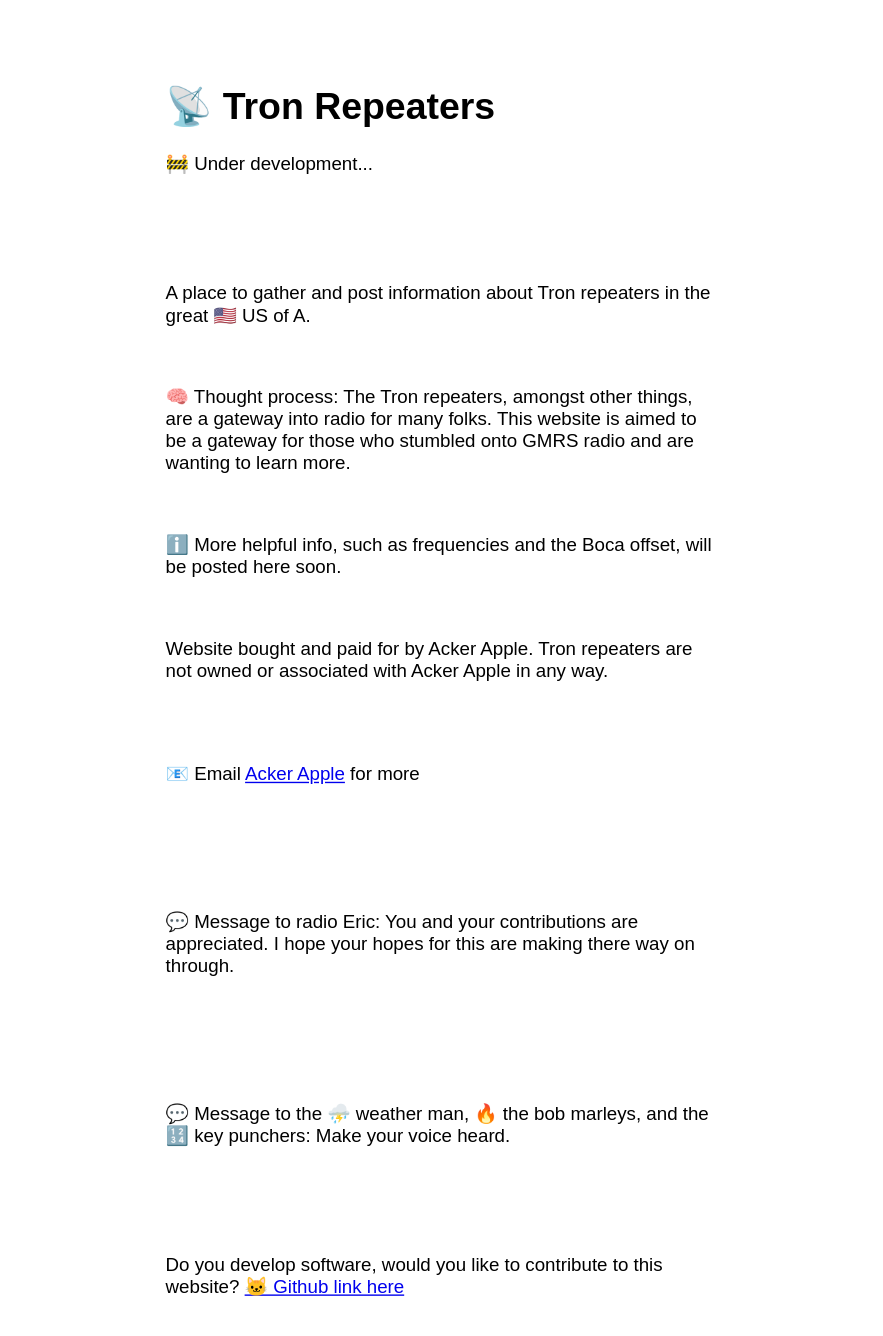
Repository: AckerApple/tronrepeaters
Page: index.html
These files come from the project's save history. The page is drawn as it stood at one moment and after the next save; the edit follows.
The browser window is 1280 px wide. The pictures show the whole page, at 69% of full size.
Backgrounds fixed to the window are drawn as part of the page.

Above is the page before, as saved 2025-01-15 14:43:39.

After the next save:
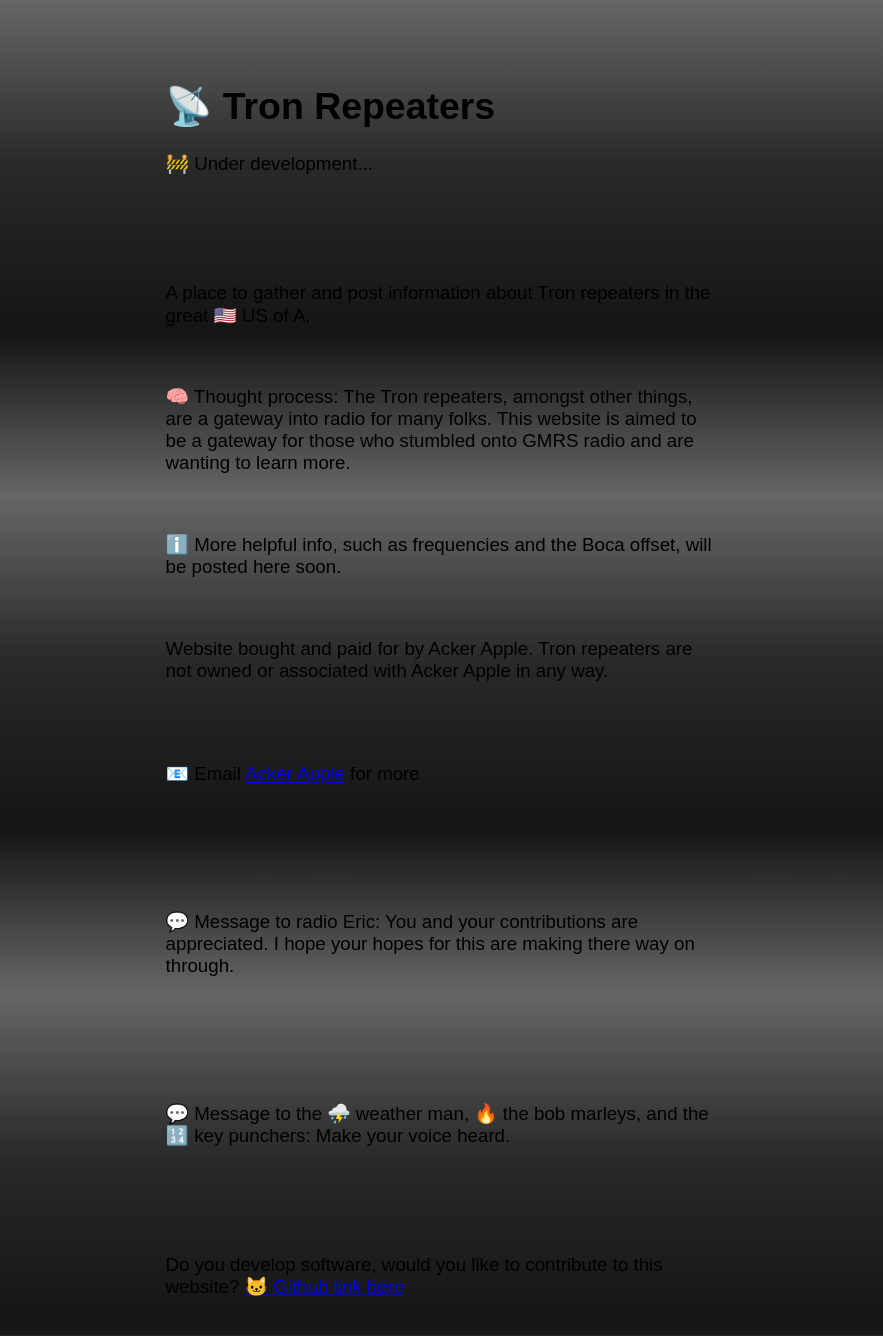
Saved 40 s later.
--- a/index.html
+++ b/index.html
@@ -11,7 +11,11 @@
   <link rel="icon" href="data:[embedded picture, 141 characters]" />
   <style>
     * {box-sizing:border-box;}
-    html, body{width:100%;height:100%;padding:0;margin:0;font-family: Arial, Helvetica, sans-serif;}
+    html, body{
+      width:100%;height:100%;padding:0;margin:0;font-family: Arial, Helvetica, sans-serif;
+      background: #666 linear-gradient(to top, #666, rgba(0, 0, 0, 0.8), rgba(0, 0, 0, 0.6), rgba(0, 0, 0, 0)) no-repeat; /* Create a gradient from black to transparent */
+      background-attachment: fixed;
+    }
     html {scroll-behavior:smooth;font-size:calc(22px + .4vw);}
     input[type="checkbox"], input[type="radio"] {width:1em;height:1em;}
     select, textarea, button, input {padding:.5vw;border-radius:.5vw;font-size:.9em;}
